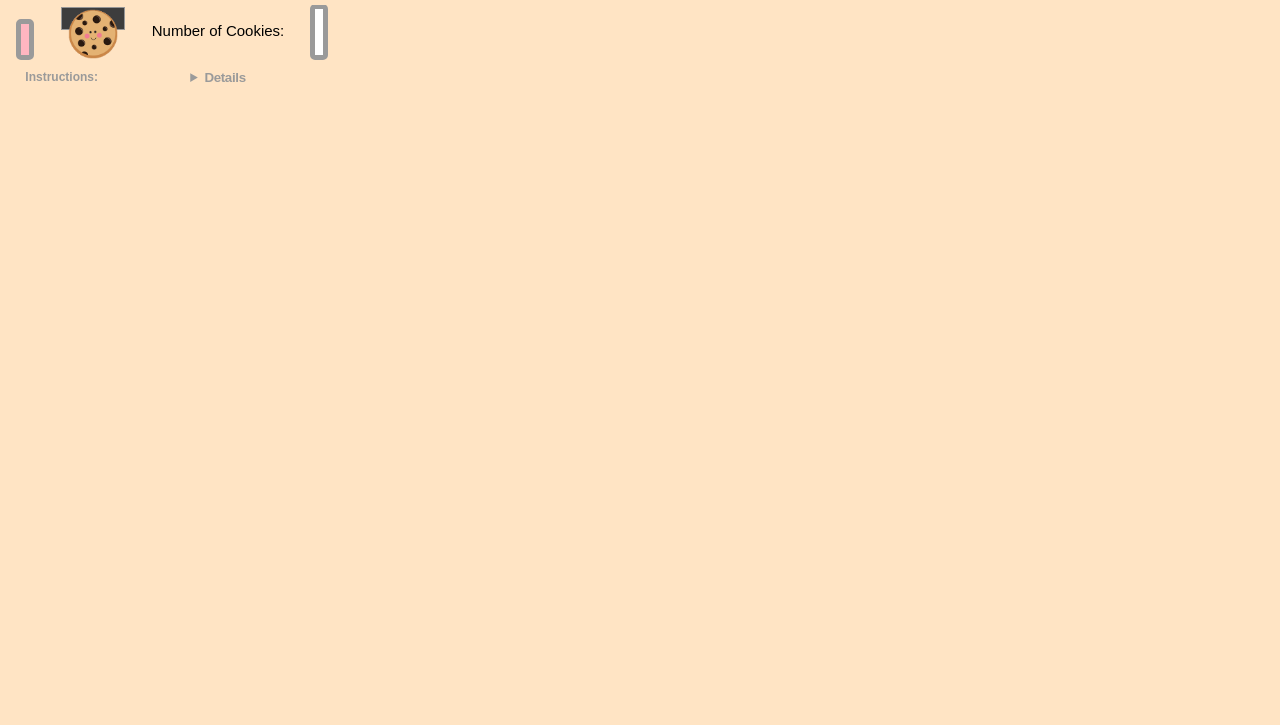
Repository: f00d4tehg0dz/elgato-streamdeck-cookie-clicker
Page: com.f00d4tehg0dz.cookieclicker.sdPlugin/cookieclicker.html
An editor plug-in stored every save of this project. The page is shown before and after the next save, followed by the edit.
The browser window is 1280 px wide. The pictures show the whole page.

Above is the page before, as saved 2022-01-28 12:06:00.

After the next save:
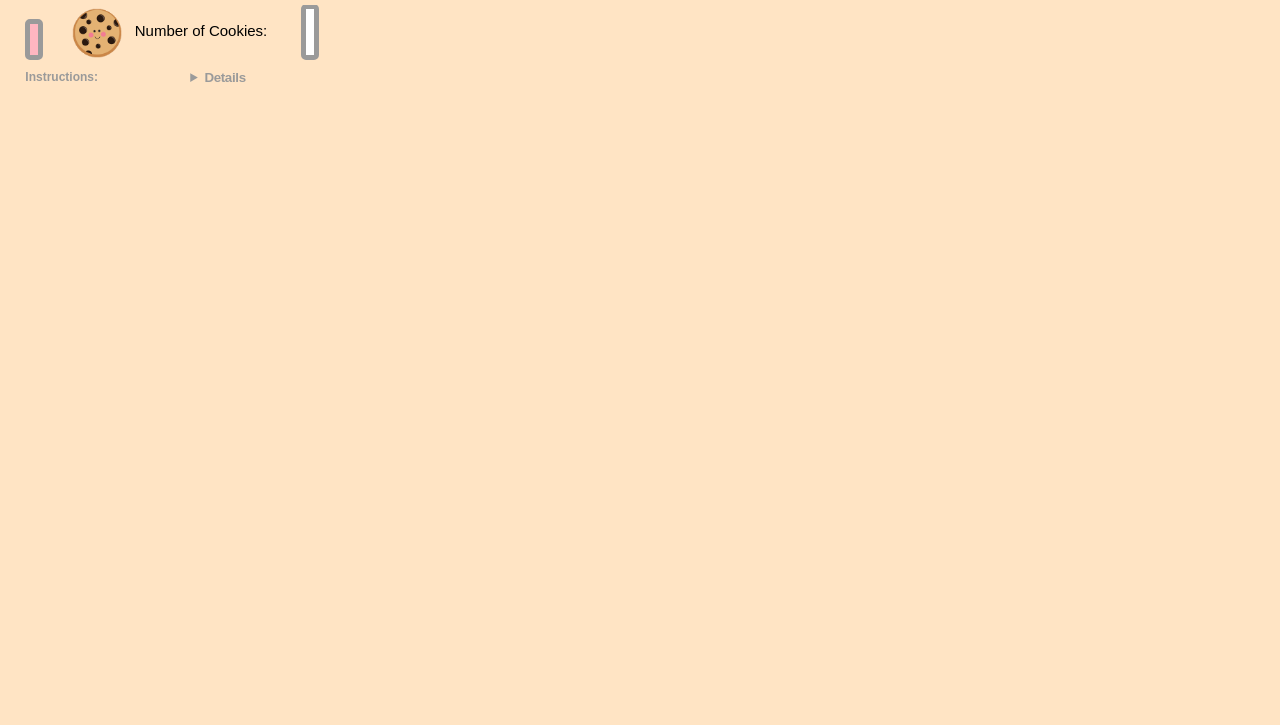
Saved 30 s later.
--- a/com.f00d4tehg0dz.cookieclicker.sdPlugin/cookieclicker.html
+++ b/com.f00d4tehg0dz.cookieclicker.sdPlugin/cookieclicker.html
@@ -15,9 +15,8 @@
 <div class="sdpi-wrapper">
     <div class="sdpi-item">
         <div id="cookieTitle"></div>
-        <div id="cookie" onclick="cookieClick()">
-            <button class="sdpi-item-value" id="updateButton"><img src="icon-animate.gif" width="50px"/></button>
-
+        <div id="cookie" onclick="updateButton()">
+            <img src="icon-animate.gif" width="50px"/>
         </div>
     <br></br>
         <p>Number of Cookies:</p>
